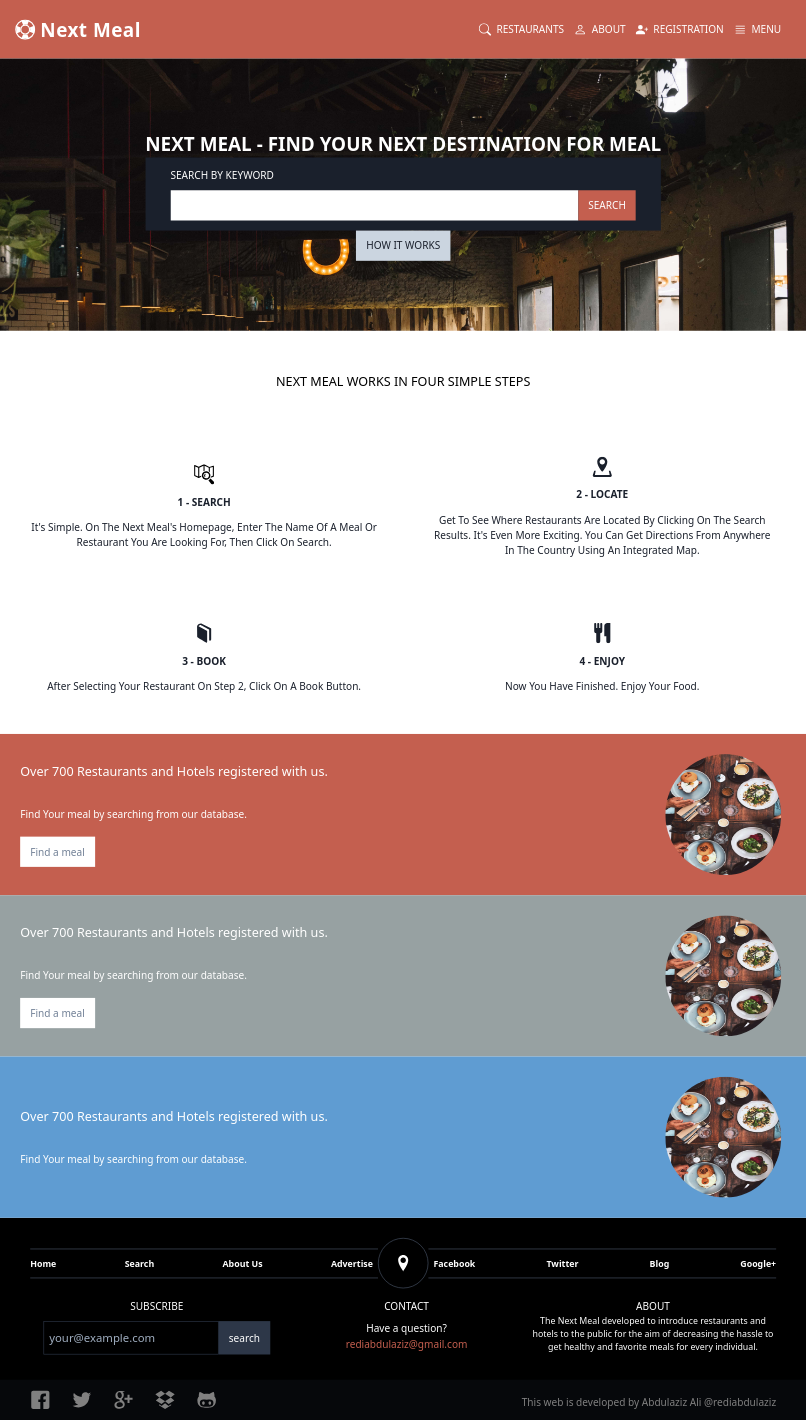
Repository: layzrd/nextmeal
Page: public/index.html
An editor plug-in stored every save of this project. The page is shown before and after a run of saves, followed by the edit.
The browser window is 1280 px wide. The pictures show the whole page, at 63% of full size.
Some web libraries are served in a nearby version.

Above is the page before, as saved 2020-06-26 18:34:13.

After the next 3 saves:
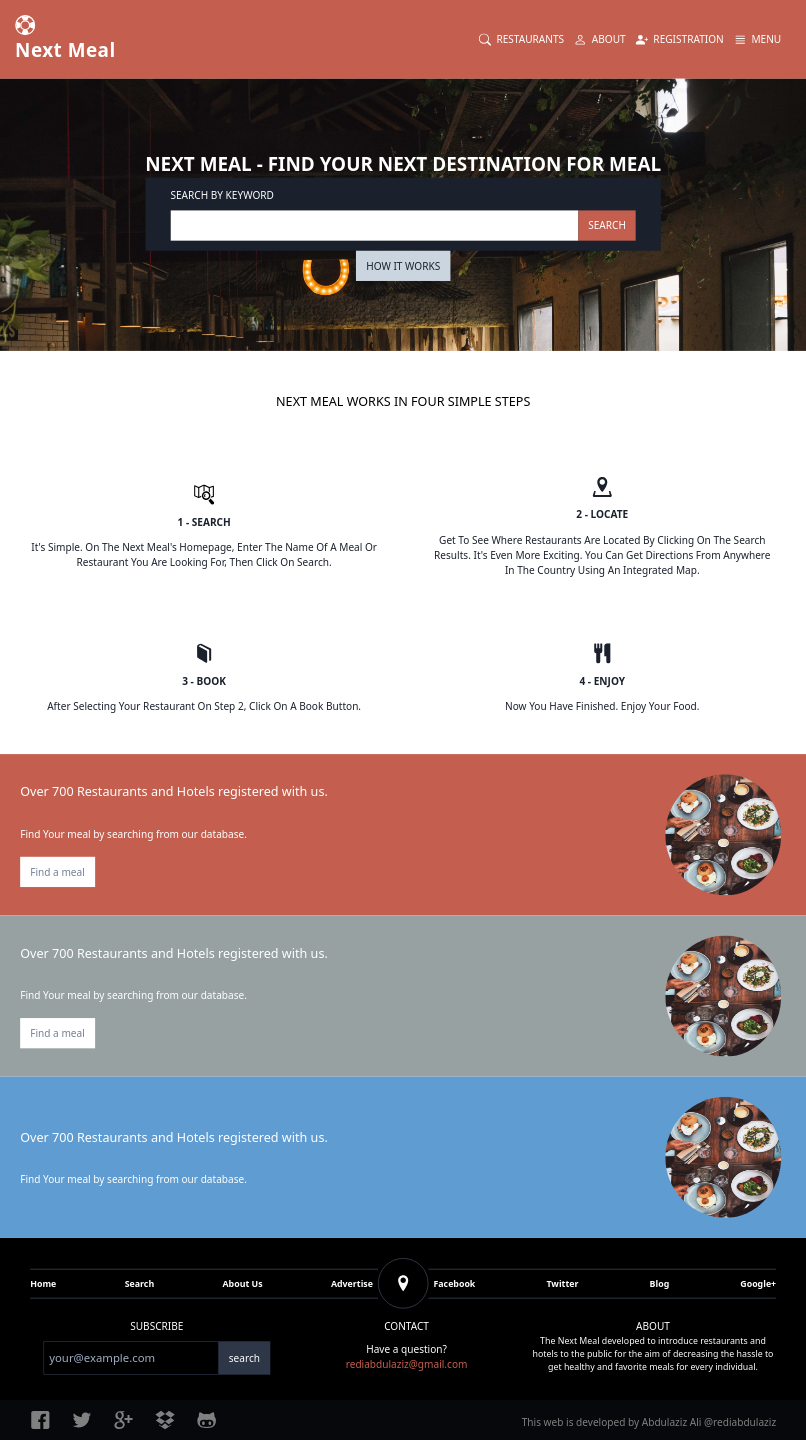
The 3 saves are shown as one change because they came seconds apart.
The last was saved 8 s later.
--- a/public/index.html
+++ b/public/index.html
@@ -13,15 +13,13 @@
     <header class="bg-prime">
       <nav class="flex items-center justify-center md:justify-start lg:justify-between flex-wrap p-6">
         <div class="flex items-center flex-shrink-0 text-white mr-6">
-          <svg class="h-8 w-8 mr-2" viewBox="0 0 16 16" fill="currentColor"
-            xmlns="http://www.w3.org/2000/svg">
-            <path fill-rule="evenodd" d="M8 15A7 7 0 1 0 8 1a7 7 0 0 0 0 14zm0 1A8 8 0 1 0 8 0a8 8 0 0 0 0 16z" />
-            <path fill-rule="evenodd" d="M8 11a3 3 0 1 0 0-6 3 3 0 0 0 0 6zm0 1a4 4 0 1 0 0-8 4 4 0 0 0 0 8z" />
-            <path
-              d="M11.642 6.343L15 5v6l-3.358-1.343A3.99 3.99 0 0 0 12 8a3.99 3.99 0 0 0-.358-1.657zM9.657 4.358L11 1H5l1.343 3.358A3.985 3.985 0 0 1 8 4c.59 0 1.152.128 1.657.358zM4.358 6.343L1 5v6l3.358-1.343A3.985 3.985 0 0 1 4 8c0-.59.128-1.152.358-1.657zm1.985 5.299L5 15h6l-1.343-3.358A3.984 3.984 0 0 1 8 12a3.99 3.99 0 0 1-1.657-.358z" />
-          </svg>
           <a href="index.html" class="font-semibold text-3xl capitalize tracking-wide">
-
+            <svg class="h-8 w-8 mr-2" viewBox="0 0 16 16" fill="currentColor" xmlns="http://www.w3.org/2000/svg">
+              <path fill-rule="evenodd" d="M8 15A7 7 0 1 0 8 1a7 7 0 0 0 0 14zm0 1A8 8 0 1 0 8 0a8 8 0 0 0 0 16z" />
+              <path fill-rule="evenodd" d="M8 11a3 3 0 1 0 0-6 3 3 0 0 0 0 6zm0 1a4 4 0 1 0 0-8 4 4 0 0 0 0 8z" />
+              <path
+                d="M11.642 6.343L15 5v6l-3.358-1.343A3.99 3.99 0 0 0 12 8a3.99 3.99 0 0 0-.358-1.657zM9.657 4.358L11 1H5l1.343 3.358A3.985 3.985 0 0 1 8 4c.59 0 1.152.128 1.657.358zM4.358 6.343L1 5v6l3.358-1.343A3.985 3.985 0 0 1 4 8c0-.59.128-1.152.358-1.657zm1.985 5.299L5 15h6l-1.343-3.358A3.984 3.984 0 0 1 8 12a3.99 3.99 0 0 1-1.657-.358z" />
+            </svg>
             Next Meal</a>
         </div>
 
